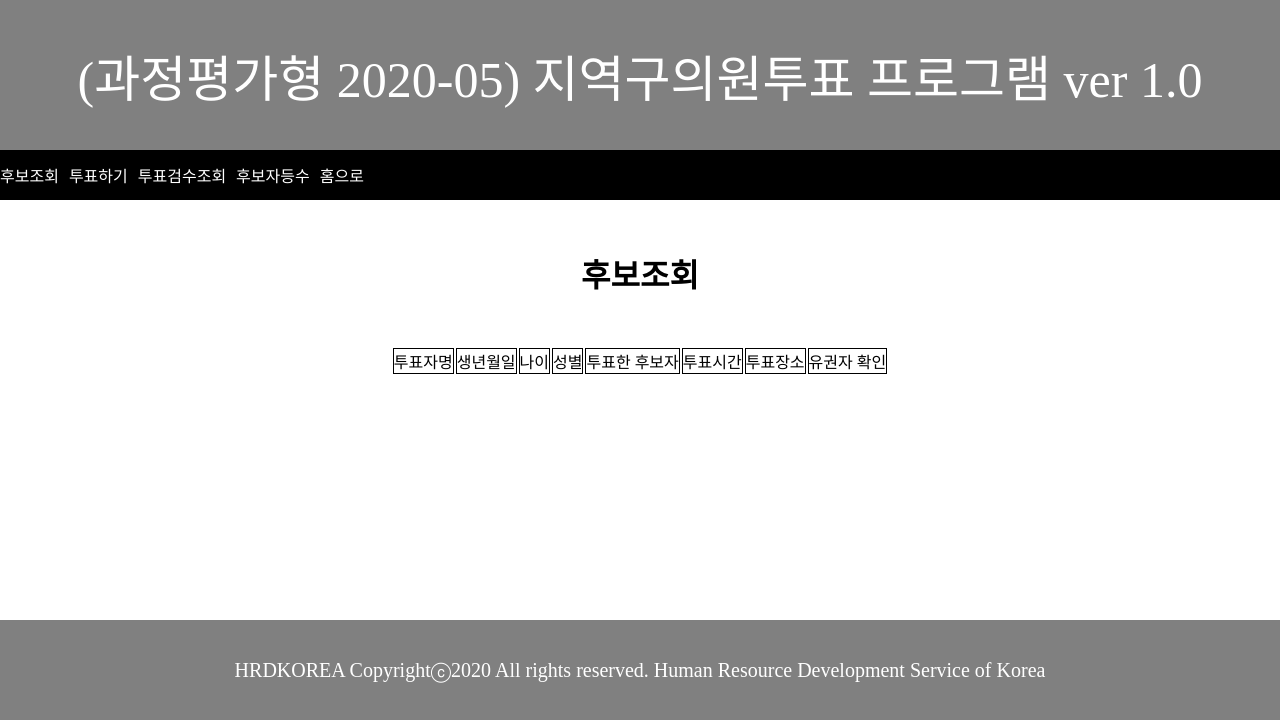
Repository: Ranranruo/info-processing
Page: http://localhost/20250418/tpView.jsp
These files come from the project's save history. The page is drawn as it stood at one moment and after the next save; the edit follows.
The browser window is 1280 px wide. The pictures show the whole page.
The page is served by Tomcat 9. Queries for data that is not in the repository find no rows.

Above is the page before, as saved 2025-04-18 05:43:51.

### 20250418/src/main/webapp/tpView.jsp
<%@page import="java.sql.ResultSet"%>
<%@page import="java.sql.Statement"%>
<%@page import="java.sql.Connection"%>
<%@page import="db.DB"%>
<%@ page language="java" contentType="text/html; charset=UTF-8"
    pageEncoding="UTF-8"%>
<!DOCTYPE html>
<html>
<head>
<meta charset="UTF-8">
<title>Insert title here</title>
<style>
*{
padding: 0; margin: 0; text-decoration: none;
}
	.c {
		display: flex; justify-content: center; align-items: center;
	}
	td {
	border: 1px solid black;
	}
</style>
</head>
<body>
<header style="height: 150px; background: gray; color: #fff; font-size: 50px;" class="c">(과정평가형 2020-05) 지역구의원투표 프로그램 ver 1.0</header>
<nav style="height: 50px; gap:10px; display: flex; align-items: center; background: black; color: #fff; font-size: 16px;">
<a style="color: #fff;" href="hb.jsp">후보조회</a>
<a style="color: #fff;" href="tp.jsp">투표하기</a>
<a style="color: #fff;" href="tpView.jsp">투표검수조회</a>
<a style="color: #fff;" href="hbRank.jsp">후보자등수</a>
<a style="color: #fff;" href="index.jsp">홈으로</a>

</nav>
<main style="min-height: calc(100vh - 300px); display: flex; flex-direction: column; align-items: center;">
<h1 style="padding: 50px;">후보조회</h1>
<table>
	<tr>
		<td>투표자명</td>
		<td>생년월일</td>
		<td>나이</td>
		<td>성별</td>
		<td>투표한 후보자</td>
		<td>투표시간</td>
		<td>투표장소</td>
		<td>유권자 확인</td>
	</tr>
	<%
	Connection c = DB.get();
	Statement s = c.createStatement();
	ResultSet rs = s.executeQuery("SELECT v.V_NAME, '19'||substr(v.V_JUMIN, 0, 2)||'월'||substr(v.V_JUMIN, 3, 2)||'월'||substr(v.V_JUMIN, 5, 2)||'일생', '만 '||TRUNC(MONTHS_BETWEEN(TRUNC(SYSDATE), TO_DATE('19'||substr(v.V_JUMIN, 0, 6),'YYYYMMDD')) / 12)||'세', CASE WHEN substr(v.V_JUMIN, 7, 1) = '2' THEN '여' WHEN substr(v.V_JUMIN, 7, 1) = '1' THEN '남' END, m.V_NAME, substr(v.V_TIME, 0, 2)||':'||substr(v.V_TIME, 3, 2), v.V_AREA, CASE WHEN v.V_CONFIRM = 'Y' THEN '확인' WHEN v.V_CONFIRM = 'N' THEN '미확인' END FROM TBL_MEMBER_202005 m, TBL_VOTE_202005 v WHERE m.M_NO = v.M_NO AND v.V_AREA = '제1투표장'");
	while(rs.next()) {
	%>
	<tr>
		<td><%=rs.getString(1) %></td>
		<td><%=rs.getString(2) %></td>
		<td><%=rs.getString(3) %></td>
		<td><%=rs.getString(4) %></td>
		<td><%=rs.getString(5) %></td>
		<td><%=rs.getString(6) %></td>
		<td><%=rs.getString(7) %></td>
		<td><%=rs.getString(8) %></td>
	</tr>
	<% } %>
</table>
</main>
<footer style="height: 100px; background: gray; color: #fff; font-size: 20px;" class="c">HRDKOREA Copyrightⓒ2020 All rights reserved. Human Resource Development Service of Korea</footer>
</body>
</html>

### 20250418/src/main/java/db/DB.java
package db;

import java.sql.Connection;
import java.sql.DriverManager;
import java.sql.SQLException;

public class DB {
	public static Connection get() throws Exception {
		Class.forName("oracle.jdbc.OracleDriver");
		Connection conn = DriverManager.getConnection("jdbc:oracle:thin:@//localhost:1521/xe", "system", "1234");
		return conn;
	}
}

After the next save:
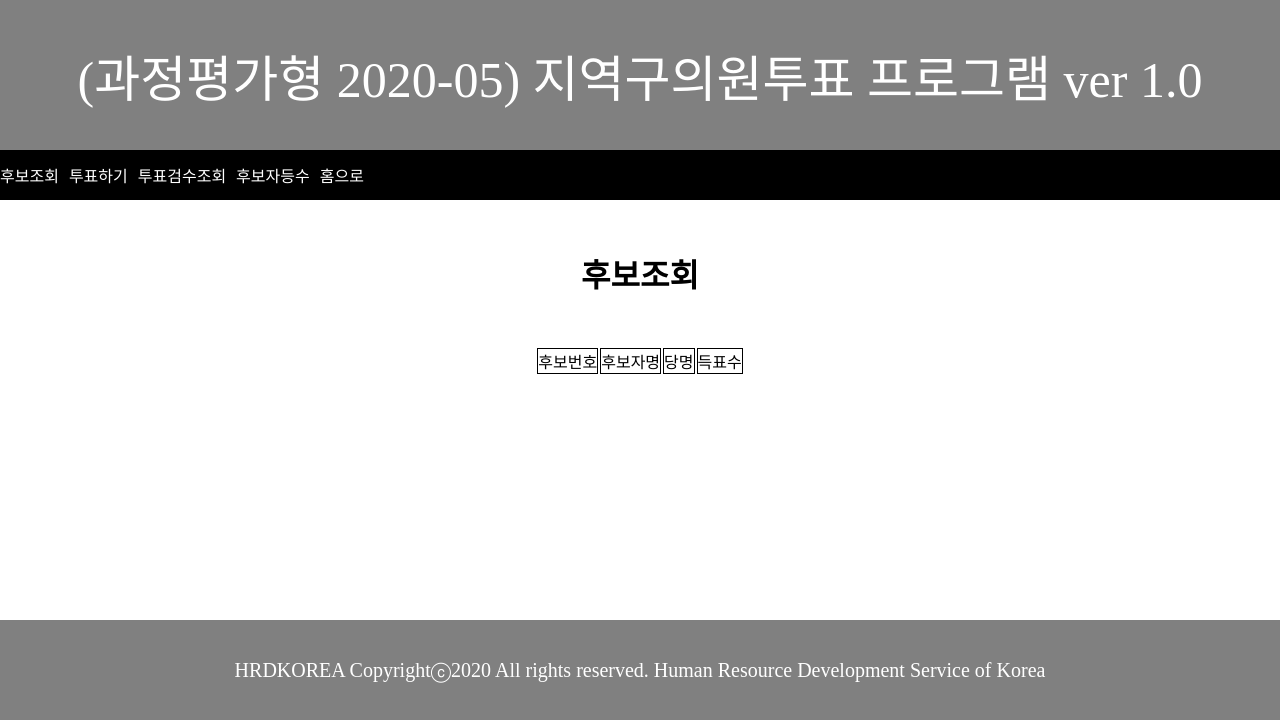
Saved 47 s later.
--- a/20250418/src/main/webapp/tpView.jsp
+++ b/20250418/src/main/webapp/tpView.jsp
@@ -35,14 +35,10 @@ padding: 0; margin: 0; text-decoration: none;
 <h1 style="padding: 50px;">후보조회</h1>
 <table>
 	<tr>
-		<td>투표자명</td>
-		<td>생년월일</td>
-		<td>나이</td>
-		<td>성별</td>
-		<td>투표한 후보자</td>
-		<td>투표시간</td>
-		<td>투표장소</td>
-		<td>유권자 확인</td>
+		<td>후보번호</td>
+		<td>후보자명</td>
+		<td>당명</td>
+		<td>득표수</td>
 	</tr>
 	<%
 	Connection c = DB.get();
